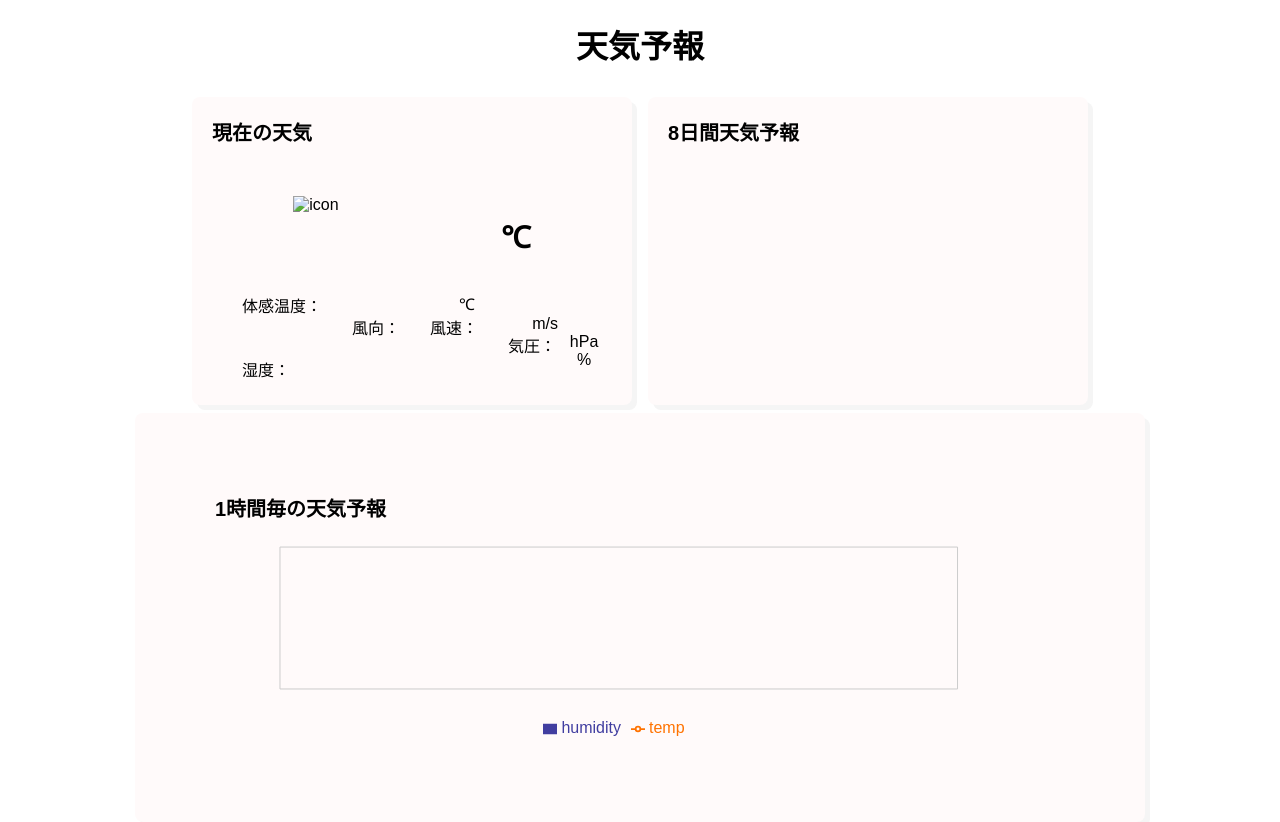
Repository: IshigureTomoki/weather-app
Page: /
An editor plug-in stored every save of this project. The page is shown before and after the next save, followed by the edit.
The browser window is 1280 px wide. The pictures show the whole page.
The page's requests for data from a server got no answer. The project was rebuilt for these pictures with package versions that can differ from the ones it lists, and the page was loaded fresh each time. No one was signed in, and anything a server would have sent is missing.

Above is the page before, as saved 2022-02-25 15:21:30.

After the next save:
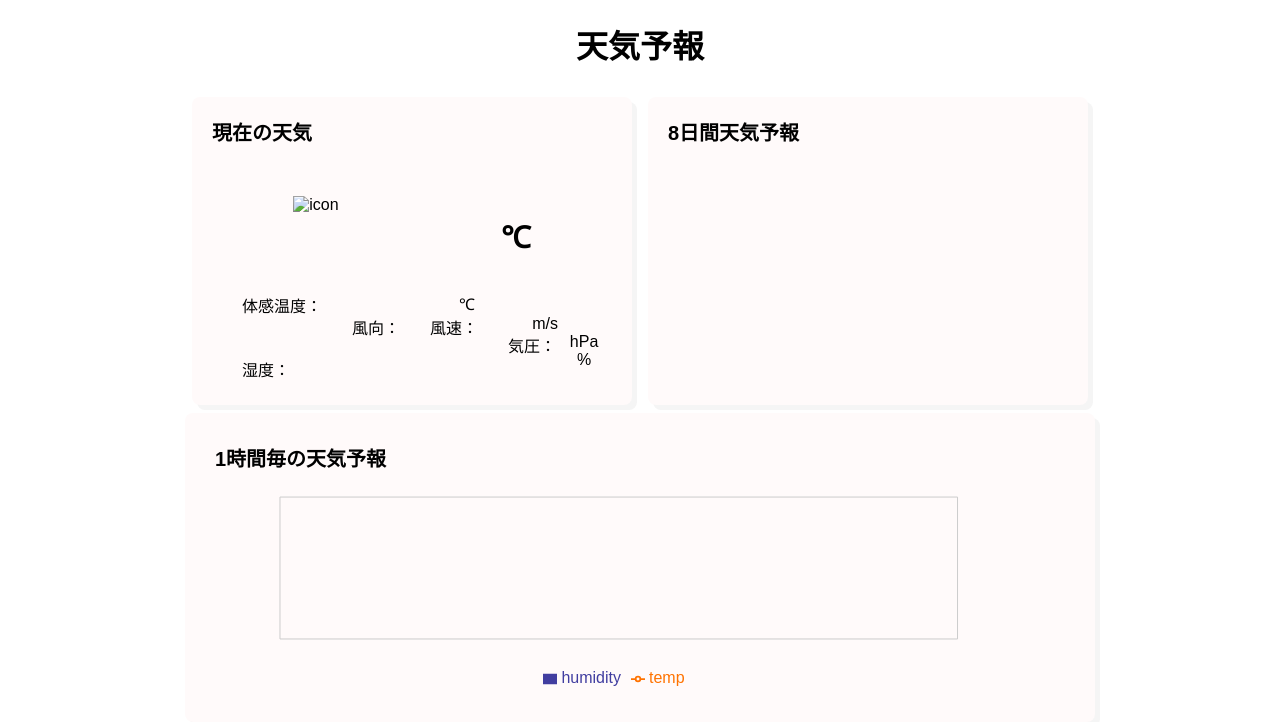
Saved 5 s later.
--- a/src/App.css
+++ b/src/App.css
@@ -83,7 +83,7 @@ dt::after {
   background-color: #fffafa;
   box-shadow: 5px 5px #f5f5f5;
   width: 850px;
-  padding: 80px;
+  padding: 30px;
   margin: 0 auto;
   border-radius: 8px;
 }
